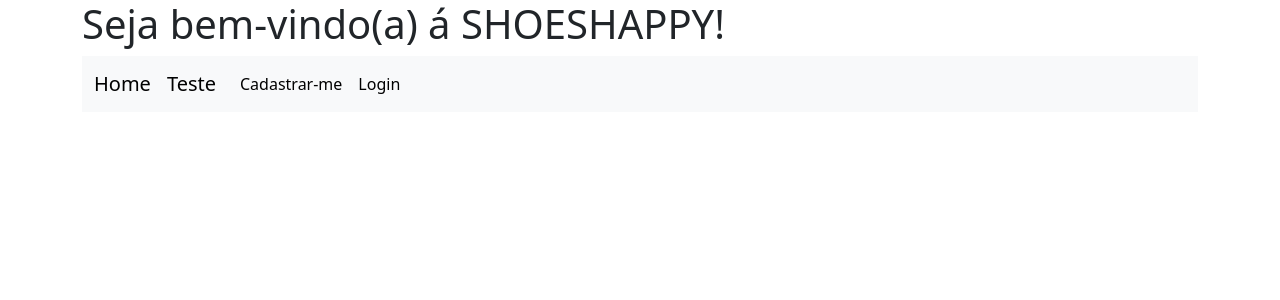
Repository: DianeMascarello/Uc09Senai
Page: http://localhost/SA3Uc09/
An editor plug-in stored every save of this project. The page is shown before and after the next save, followed by the edit.
The browser window is 1280 px wide. The pictures show the whole page.
The page is served by Tomcat 10. Other server files are loaded and not shown.

Above is the page before, as saved 2023-08-14 01:39:32.

### SA3Uc09/src/main/webapp/index.jsp
<%@ page language="java" contentType="text/html; charset=UTF-8"
	pageEncoding="UTF-8"%>
<!DOCTYPE html>
<html>
<head>
<meta charset="UTF-8">
<link>
<title>SHOESHAPPY</title>
<link
	href="https://cdn.jsdelivr.net/npm/bootstrap@5.3.1/dist/css/bootstrap.min.css"
	rel="stylesheet"
	integrity="sha384-4bw+/aepP/YC94hEpVNVgiZdgIC5+VKNBQNGCHeKRQN+PtmoHDEXuppvnDJzQIu9"
	crossorigin="anonymous">

</head>
<body>
	<div class="container">

		<h1>Seja bem-vindo(a) á SHOESHAPPY!</h1>
		<nav class="navbar navbar-expand-lg bg-body-tertiary">
			<div class="container-fluid">
				<a class="navbar-brand" href="index.jsp">Home</a>
				<button class="navbar-toggler" type="button"
					data-bs-toggle="collapse" data-bs-target="#navbarSupportedContent"
					aria-controls="navbarSupportedContent" aria-expanded="false"
					aria-label="Toggle navigation">
					<span class="navbar-toggler-icon"></span>
				</button>
					<a class="navbar-brand" href="#">Teste</a>
				<button class="navbar-toggler" type="button"
					data-bs-toggle="collapse" data-bs-target="#navbarSupportedContent"
					aria-controls="navbarSupportedContent" aria-expanded="false"
					aria-label="Toggle navigation">
					<span class="navbar-toggler-icon"></span>
				</button>
		<div class="collapse navbar-collapse" id="navbarSupportedContent">
			<ul class="navbar-nav me-auto mb-2 mb-lg-0">
				<li class="nav-item"><a class="nav-link active"
					aria-current="page" href="#">Cadastrar-me</a></li>
				<li class="nav-item"><a class="nav-link active"
					aria-current="page" href="login.jsp">Login</a></li>
			</ul>
		</div>
	</div>
	<script
		src="https://cdn.jsdelivr.net/npm/bootstrap@5.3.1/dist/js/bootstrap.bundle.min.js"
		integrity="sha384-HwwvtgBNo3bZJJLYd8oVXjrBZt8cqVSpeBNS5n7C8IVInixGAoxmnlMuBnhbgrkm"
		crossorigin="anonymous"></script>
</body>
</html>

After the next save:
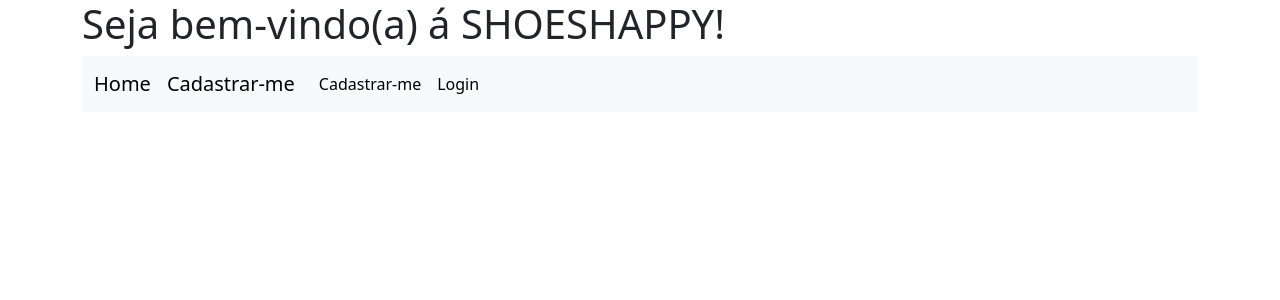
Saved 30 s later.
--- a/SA3Uc09/src/main/webapp/index.jsp
+++ b/SA3Uc09/src/main/webapp/index.jsp
@@ -26,7 +26,7 @@
 					aria-label="Toggle navigation">
 					<span class="navbar-toggler-icon"></span>
 				</button>
-					<a class="navbar-brand" href="#">Teste</a>
+					<a class="navbar-brand" href="Cadastro.jsp">Cadastrar-me</a>
 				<button class="navbar-toggler" type="button"
 					data-bs-toggle="collapse" data-bs-target="#navbarSupportedContent"
 					aria-controls="navbarSupportedContent" aria-expanded="false"
